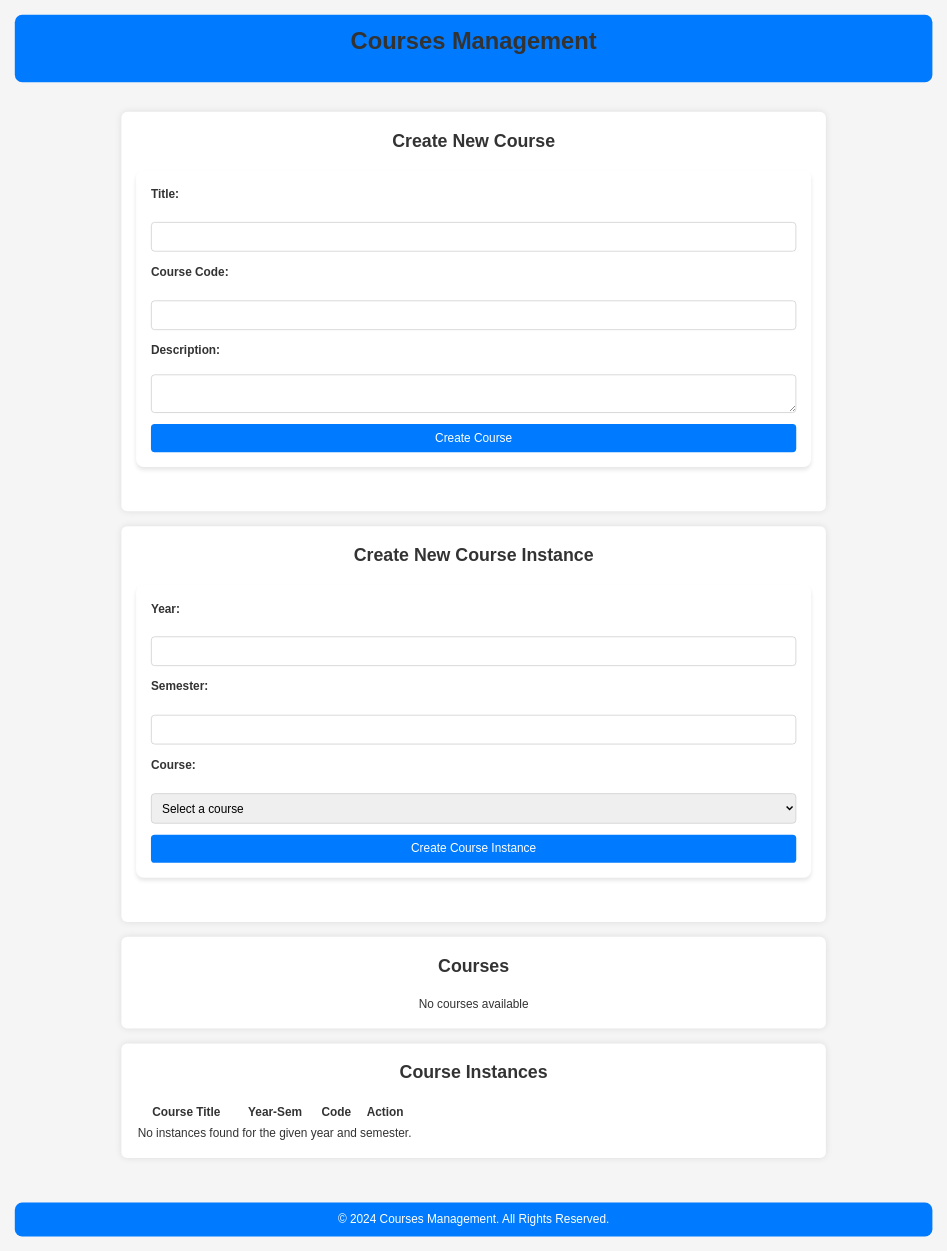
Repository: Rajdeep00-bit/Course_frontend
Page: /
The author's editor kept a copy of each file at every save. The page is drawn from the files as they stood at one save, then again after the next save.
The browser window is 1280 px wide. The pictures show the whole page, at 74% of full size.
The page's requests for data from a server got no answer. The project was rebuilt for these pictures with package versions that can differ from the ones it lists, and the page was loaded fresh each time. No one was signed in, and anything a server would have sent is missing. Also part of the build but not shown: src/components/CourseInstanceDetails.js.

Above is the page before, as saved 2024-09-12 09:55:01.

### src/index.js
import React from 'react';
import ReactDOM from 'react-dom/client';
import './index.css';
import App from './App';




const root = ReactDOM.createRoot(document.getElementById('root'));
root.render(
  <React.StrictMode>
    <App />
  </React.StrictMode>
);

### src/index.css
/* Reset some default styles */
* {
  margin: 0;
  padding: 0;
  box-sizing: border-box;
}

body {
  font-family: 'Arial', sans-serif;
  background-color: #f4f4f9;
  color: #333;
  line-height: 1.6;
  padding: 20px;
}

h1, h2, h3, h4, h5, h6 {
  margin-bottom: 20px;
  color: #333;
}

.container {
  max-width: 1200px;
  margin: 0 auto;
  padding: 20px;
}

/* General button styles */
button {
  background-color: #007bff;
  color: white;
  padding: 10px 15px;
  border: none;
  border-radius: 5px;
  cursor: pointer;
  font-size: 16px;
  transition: background-color 0.3s ease;
}

button:hover {
  background-color: #0056b3;
}

/* Form styles */
form {
  background-color: white;
  padding: 20px;
  margin-bottom: 40px;
  border-radius: 10px;
  box-shadow: 0 4px 6px rgba(0, 0, 0, 0.1);
}

form div {
  margin-bottom: 15px;
}

form label {
  display: block;
  margin-bottom: 5px;
  font-weight: bold;
}

form input[type="text"],
form input[type="number"],
form select {
  width: 100%;
  padding: 10px;
  margin-top: 5px;
  border: 1px solid #ccc;
  border-radius: 5px;
  font-size: 16px;
}

/* List styles */
ul {
  list-style: none;
  padding: 0;
}

li {
  background-color: white;
  padding: 15px;
  margin-bottom: 10px;
  border-radius: 10px;
  display: flex;
  justify-content: space-between;
  align-items: center;
  box-shadow: 0 4px 6px rgba(0, 0, 0, 0.1);
}

li button {
  background-color: #dc3545;
}

li button:hover {
  background-color: #c82333;
}

/* Header styles */
header {
  background-color: #007bff;
  color: white;
  padding: 20px;
  text-align: center;
  border-radius: 10px;
  margin-bottom: 40px;
}

/* Course and Course Instance Styles */
.course, .course-instance {
  display: flex;
  justify-content: space-between;
  align-items: center;
  padding: 15px;
  margin-bottom: 10px;
  background-color: white;
  border-radius: 10px;
  box-shadow: 0 4px 6px rgba(0, 0, 0, 0.1);
}

.course-info, .instance-info {
  display: flex;
  flex-direction: column;
}

.course-info h3, .instance-info h3 {
  margin-bottom: 5px;
}

/* Footer */
footer {
  text-align: center;
  padding: 20px;
  margin-top: 40px;
  background-color: #007bff;
  color: white;
  border-radius: 10px;
}

### src/App.js
import React, { useEffect, useState } from 'react';
import './App.css';
import CourseForm from './components/CourseForm';
import CourseInstanceForm from './components/CourseInstanceForm';
import CourseInstanceList from './components/CourseInstanceList';
import CourseList from './components/CourseList';
import CourseInstanceDetails from './components/CourseInstanceDetails';

function App() {
  const [courses, setCourses] = useState([]);
  const [instances, setInstances] = useState([]);
  const [year, setYear] = useState('');  // Initialize as string
  const [semester, setSemester] = useState('');  // Initialize as string
  const [selectedInstance, setSelectedInstance] = useState(null);

  // Fetch all courses
  const fetchCourses = () => {
    console.log('Fetching courses...');
    fetch('http://127.0.0.1:8000/api/courses/')
      .then((response) => {
        if (!response.ok) {
          throw new Error(`Error: ${response.status} ${response.statusText}`);
        }
        return response.json();
      })
      .then((data) => {
        console.log('Courses fetched:', data);
        setCourses(data); // Set fetched courses
      })
      .catch((error) => {
        console.error('Error fetching courses:', error);
        alert(`Failed to fetch courses: ${error.message}`);
      });
  };

    // Handle course creation: either append manually or refetch
    const handleCourseCreated = (newCourse) => {
      console.log('Course created:', newCourse);  // Debug log



      // Alternatively, you can refetch the entire course list
      fetchCourses();
    };

  // Handle course deletion: remove the course from the existing courses array
  const deleteCourse = (id) => {
    if (!window.confirm("Are you sure you want to delete this course?")) {
      return;
    }

    console.log(`Deleting course with ID: ${id}`);
    fetch(`http://127.0.0.1:8000/api/courses/${id}/`, {
      method: 'DELETE',
    })
      .then((response) => {
        if (!response.ok) {
          throw new Error(`Error: ${response.status} ${response.statusText}`);
        }
        // Refetch courses after deleting a course to ensure the list is updated
        fetchCourses();
        alert("Course deleted successfully.");
      })
      .catch((error) => {
        console.error('Error deleting course:', error);
        alert(`Failed to delete the course: ${error.message}`);
      });
  };

  // Fetch course instances based on year and semester
  const fetchInstances = () => {
    if (!year || !semester) return;

    fetch(`http://127.0.0.1:8000/api/instances/${year}/${semester}/`)
      .then((response) => {
        if (!response.ok) {
          throw new Error(`Error: ${response.status} ${response.statusText}`);
        }
        return response.json();
      })
      .then((data) => setInstances(data))
      .catch((error) => {
        console.error('Error fetching instances:', error);
        alert(`Failed to fetch instances: ${error.message}`);
      });
  };

  // Handle course instance creation
  const handleInstanceCreated = () => {
    fetchInstances();  // Refresh the list after a new instance is created
  };

  // Define the deleteInstance function for course instances
  const deleteInstance = (id) => {
    if (!window.confirm("Are you sure you want to delete this course instance?")) {
      return;
    }

    fetch(`http://127.0.0.1:8000/api/instances/${id}/`, {
      method: 'DELETE',
    })
      .then((response) => {
        if (!response.ok) {
          throw new Error(`Error: ${response.status} ${response.statusText}`);
        }
        const updatedInstances = instances.filter((instance) => instance.id !== id);
        setInstances(updatedInstances); // Update state after instance deletion
        alert("Instance deleted successfully.");
      })
      .catch((error) => {
        console.error('Error deleting instance:', error);
        alert(`Failed to delete the instance: ${error.message}`);
      });
  };

  // Fetch courses on component mount
  useEffect(() => {
    fetchCourses(); // Fetch the courses only once when the component mounts
  }, []);

  // Re-fetch instances whenever year/semester changes
  useEffect(() => {
    fetchInstances();
  }, [year, semester]);

  return (
    <div className="App">
      <header className="header">
        <h1>Courses Management</h1>
      </header>

      <div className="container">
        {/* Section for Creating a New Course */}
        <section className="section">
          <h2>Create New Course</h2>
          <CourseForm onCourseCreated={handleCourseCreated} />
        </section>

        {/* Section for Creating a New Course Instance */}
        <section className="section">
          <h2>Create New Course Instance</h2>
          <CourseInstanceForm
            onInstanceCreated={handleInstanceCreated}
            year={year}
            semester={semester}
            setYear={setYear}
            setSemester={setSemester}
          />
        </section>

        {/* Section for Displaying the List of Courses */}
        <section className="section">
          <h2>Courses</h2>
          <CourseList courses={courses} fetchCourses={fetchCourses} deleteCourse={deleteCourse} />
        </section>

        {/* Section for Displaying the List of Course Instances */}
        <section className="section">
          <h2>Course Instances</h2>
          <CourseInstanceList
            instances={instances}
            fetchInstances={fetchInstances}
            year={year}
            semester={semester}
          />
        </section>

        {/* Section for Displaying Selected Course Instance Details */}
        {selectedInstance && (
          <section className="section">
            <h2>Course Instance Details</h2>
            <CourseInstanceDetails instance={selectedInstance} />
            <button onClick={() => deleteInstance(selectedInstance.id)}>Delete Instance</button>
          </section>
        )}
      </div>

      <footer className="footer">
        <p>&copy; 2024 Courses Management. All Rights Reserved.</p>
      </footer>
    </div>
  );
}

export default App;

### src/App.css
body {
  margin: 0;
  font-family: Arial, sans-serif;
  background-color: #f5f5f5;
}

.App {
  text-align: center;
}

.header {
  background-color: #007bff;
  color: white;
  padding: 10px 0;
  margin-bottom: 20px;
}

.container {
  width: 80%;
  margin: 0 auto;
}

.section {
  background-color: white;
  padding: 20px;
  margin-bottom: 20px;
  box-shadow: 0px 0px 10px rgba(0, 0, 0, 0.1);
  border-radius: 8px;
}

.form {
  display: flex;
  flex-direction: column;
  gap: 15px;
}

.form label {
  font-weight: bold;
  text-align: left;
}

.form input, .form textarea, .form select {
  padding: 10px;
  border-radius: 5px;
  border: 1px solid #ccc;
}

.form button {
  padding: 10px;
  background-color: #007bff;
  color: white;
  border: none;
  border-radius: 5px;
  cursor: pointer;
}

.form button:hover {
  background-color: #0056b3;
}

ul {
  list-style-type: none;
  padding: 0;
}

ul li {
  background-color: #f9f9f9;
  margin: 10px 0;
  padding: 10px;
  border-radius: 5px;
  box-shadow: 0px 0px 5px rgba(0, 0, 0, 0.1);
}

ul li button {
  margin-left: 10px;
}

.course-details, .instance-details {
  margin-top: 20px;
  text-align: left;
}

.footer {
  background-color: #007bff;
  color: white;
  padding: 10px 0;
  margin-top: 20px;
}
.course-details {
  margin-top: 20px;
  padding: 15px;
  border: 1px solid #ddd;
  background-color: #f9f9f9;
}
.course-details h3 {
  margin-bottom: 10px;
}

### src/components/CourseForm.js
import React, { useState } from 'react';

function CourseForm({ onCourseCreated }) {
  const [title, setTitle] = useState('');
  const [courseCode, setCourseCode] = useState('');
  const [description, setDescription] = useState('');

  const handleSubmit = (event) => {
    event.preventDefault();

    const course = {
      title: title,
      course_code: courseCode,
      description: description,
    };

    fetch('http://127.0.0.1:8000/api/courses/', {
      method: 'POST',
      headers: {
        'Content-Type': 'application/json',
      },
      body: JSON.stringify(course),
    })
      .then((response) => {
        if (!response.ok) {
          throw new Error(`Error: ${response.status} ${response.statusText}`);
        }
        return response.json();
      })
      .then((data) => {
        // Clear form fields
        setTitle('');
        setCourseCode('');
        setDescription('');

        // Call the onCourseCreated prop to fetch the updated course list
        if (onCourseCreated) {
          onCourseCreated();
        }
      })
      .catch((error) => {
        console.error('Error creating course:', error);
      });
  };

  return (
    <form className="form" onSubmit={handleSubmit}>
      <label>Title:</label>
      <input
        type="text"
        value={title}
        onChange={(e) => setTitle(e.target.value)}
        required
      />

      <label>Course Code:</label>
      <input
        type="text"
        value={courseCode}
        onChange={(e) => setCourseCode(e.target.value)}
        required
      />

      <label>Description:</label>
      <textarea
        value={description}
        onChange={(e) => setDescription(e.target.value)}
        required
      />

      <button type="submit">Create Course</button>
    </form>
  );
}

export default CourseForm;

### src/components/CourseInstanceForm.js
// CourseInstanceForm.js
import React, { useState, useEffect } from 'react';

function CourseInstanceForm({ onInstanceCreated, year, semester, setYear, setSemester, fetchNewCourse, setFetchNewCourse }) {
  const [courseId, setCourseId] = useState('');
  const [courses, setCourses] = useState([]);

  // Fetch courses
  useEffect(() => {
    fetch('http://127.0.0.1:8000/api/courses/')
      .then((response) => response.json())
      .then((data) => setCourses(data))
      .catch((error) => console.error('Error fetching courses:', error));
  }, [fetchNewCourse]);

  const handleSubmit = (event) => {
    event.preventDefault();

    const courseInstance = {
      course: courseId,
      year: year,
      semester: semester
    };

    fetch('http://127.0.0.1:8000/api/instances/', {
      method: 'POST',
      headers: {
        'Content-Type': 'application/json'
      },
      body: JSON.stringify(courseInstance)
    })
      .then(response => response.json())
      .then(() => {
        // Clear the form
        setCourseId('');
        setYear('');
        setSemester('');
        onInstanceCreated();  // Trigger refresh of instances
      })
      .catch(error => console.error('Error creating course instance:', error));
  };

  return (
    <form className="form" onSubmit={handleSubmit}>
      <label>Year:</label>
      <input
        type="text"
        value={year}
        onChange={(e) => setYear(e.target.value)}
        required
      />

      <label>Semester:</label>
      <input
        type="text"
        value={semester}
        onChange={(e) => setSemester(e.target.value)}
        required
      />

      <label>Course:</label>
      <select value={courseId} onChange={(e) => setCourseId(e.target.value)} required>
        <option value="">Select a course</option>
        {courses.map((course) => (
          <option key={course.id} value={course.id}>{course.title}</option>
        ))}
      </select>

      <button type="submit">Create Course Instance</button>
    </form>
  );
}

export default CourseInstanceForm;

### src/components/CourseInstanceList.js
import React, { useEffect, useState } from 'react';
import { FaTrash, FaSearch } from 'react-icons/fa'; // FontAwesome icons

function CourseInstanceList({ instances, setInstances, year, semester }) {
  const [selectedInstance, setSelectedInstance] = useState(null);

  // Function to fetch all course instances
  const fetchInstances = () => {
    if (!year || !semester) return;  // Prevent fetching if year or semester is not set
    fetch(`http://127.0.0.1:8000/api/instances/${year}/${semester}`)
      .then((response) => response.json())
      .then((data) => setInstances(data))
      .catch((error) => {
        console.error('Error fetching instances:', error);
      });
  };

  // Fetch course instances when year or semester changes
  useEffect(() => {
    fetchInstances();
  }, [year, semester]);

  // View instance details
  const viewInstanceDetails = (id) => {
    if (!year || !semester) {
      alert("Year and semester must be set to fetch instance details.");
      return;
    }

    fetch(`http://127.0.0.1:8000/api/instances/${year}/${semester}/${id}/`)
      .then((response) => response.json())
      .then((data) => setSelectedInstance(data))
      .catch((error) => {
        console.error("Error fetching instance details:", error);
        alert("Failed to fetch instance details. Make sure the instance exists.");
      });
  };

  // Delete instance
  const deleteInstance = (id) => {
    if (!window.confirm("Are you sure you want to delete this course instance?")) return;

    fetch(`http://127.0.0.1:8000/api/instances/${id}/`, { method: 'DELETE' })
      .then((response) => {
        if (response.ok) {
          const updatedInstances = instances.filter((instance) => instance.id !== id);
          setInstances(updatedInstances);  // Remove deleted instance from the state
          alert("Instance deleted successfully.");
        } else {
          alert("Failed to delete the instance.");
        }
      })
      .catch((error) => {
        console.error("Error deleting instance:", error);
        alert("Failed to delete the instance. Please try again.");
      });
  };

  return (
    <div className="course-instance-list">
      <table>
        <thead>
          <tr>
            <th>Course Title</th>
            <th>Year-Sem</th>
            <th>Code</th>
            <th>Action</th>
          </tr>
        </thead>
        <tbody>
          {instances.length === 0 ? (
            <tr>
              <td colSpan="4">No instances found for the given year and semester.</td>
            </tr>
          ) : (
            instances.map((instance) => (
              <tr key={instance.id}>
                <td>{instance.course.title}</td>
                <td>{`${instance.year}-${instance.semester}`}</td>
                <td>{instance.code}</td>
                <td>
                  <button onClick={() => viewInstanceDetails(instance.id)}>
                    <FaSearch />
                  </button>
                  <button onClick={() => deleteInstance(instance.id)}>
                    <FaTrash />
                  </button>
                </td>
              </tr>
            ))
          )}
        </tbody>
      </table>
    </div>
  );
}

export default CourseInstanceList;

Loaded but not shown: src/components/CourseList.js (228 lines, source omitted)

After the next save:
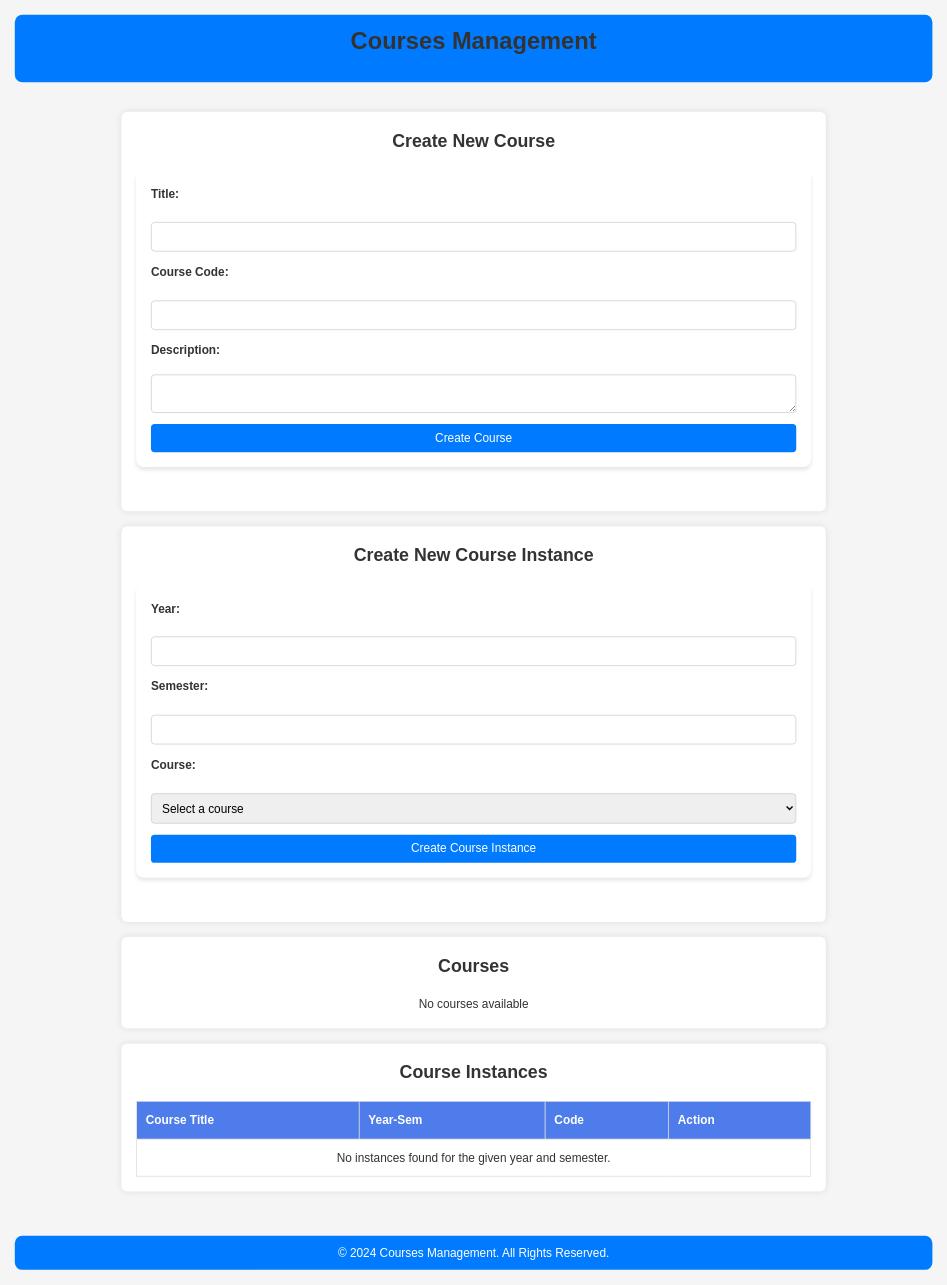
Saved 11 s later.
--- a/src/App.css
+++ b/src/App.css
@@ -95,3 +95,53 @@ ul li button {
 .course-details h3 {
   margin-bottom: 10px;
 }
+.course-instance-list table {
+  width: 100%;
+  border-collapse: collapse;
+  font-family: Arial, sans-serif;
+}
+
+.course-instance-list th,
+.course-instance-list td {
+  padding: 12px;
+  border: 1px solid #ddd;
+  text-align: left;
+}
+
+.course-instance-list th {
+  background-color: #4f7ceb;
+  color: white;
+  font-weight: bold;
+}
+
+.course-instance-list tr:nth-child(even) {
+  background-color: #f9f9f9;
+}
+
+.course-instance-list button {
+  background: none;
+  border: none;
+  cursor: pointer;
+  padding: 5px;
+}
+
+.course-instance-list button:hover {
+  color: #4f7ceb;
+}
+
+.course-instance-list button:focus {
+  outline: none;
+}
+
+.course-instance-list td {
+  vertical-align: middle;
+  text-align: center;
+}
+
+.course-instance-list .fa-trash {
+  color: red;
+}
+
+.course-instance-list .fa-search {
+  color: green;
+}
